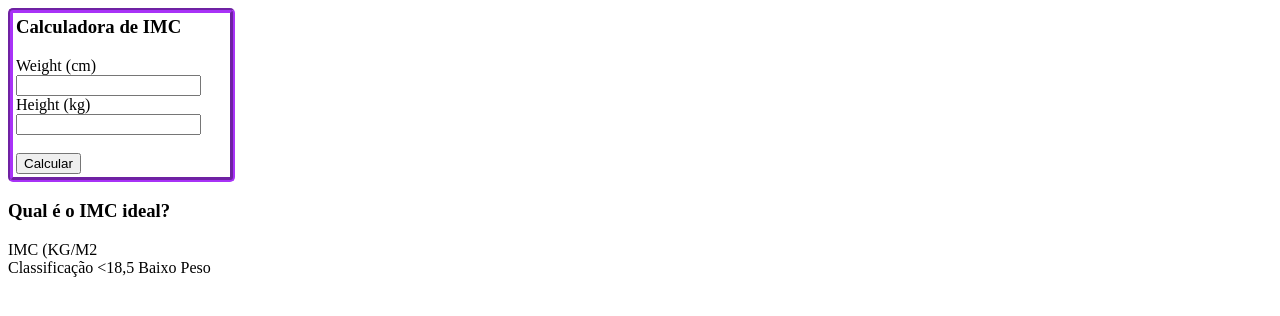
Repository: Patriciamativi/Projetos
Page: index.html
An editor plug-in stored every save of this project. The page is shown before and after the next save, followed by the edit.
The browser window is 1280 px wide. The pictures show the whole page.

Above is the page before, as saved 2022-11-21 15:16:34.

### index.html
<html>
    <head>
        <title>Calculadora de IMC</title>
        <meta charset="utf-8"/>

        <style type="text/css">

            p {
                border: 5px groove rgb(168, 50, 247);
                border-radius: 5px;
                width: 217px;
            }
            td {

                /*background-color: rgb(216, 166, 240);*/
            }

        </style>
    </head>
   <p>
<table border="0">
    <body>
         <tr>
            <td> <h3>Calculadora de IMC</h3>

            Weight (cm)<br/>
            <input type: "number" > </br>

            Height (kg)<br/>
            <input type: "number" > </br> </br>

            <input type= "submit" value="Calcular"> </td> </tr>

    </table>
</p>
             <tr>
                <td> <h3>Qual é o IMC ideal?</h3>

                IMC (KG/M2<br/>  Classificação
                <18,5            Baixo Peso

                </td>
                </tr>


</body>
</html>

After the next save:
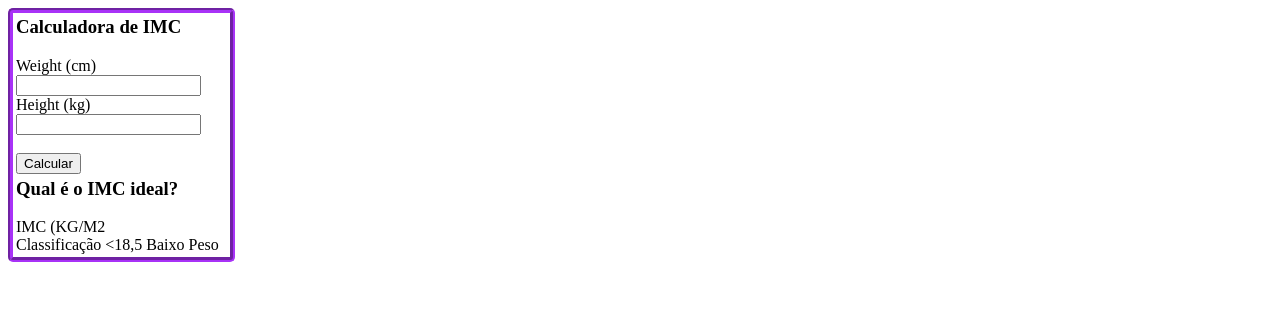
Saved 5 s later.
--- a/index.html
+++ b/index.html
@@ -30,10 +30,7 @@
             <input type: "number" > </br> </br>
 
             <input type= "submit" value="Calcular"> </td> </tr>
-
-    </table>
-</p>
-             <tr>
+          <tr>
                 <td> <h3>Qual é o IMC ideal?</h3>
 
                 IMC (KG/M2<br/>  Classificação
@@ -41,6 +38,9 @@
 
                 </td>
                 </tr>
+    </table>
+</p>
+
 
 
 </body>
